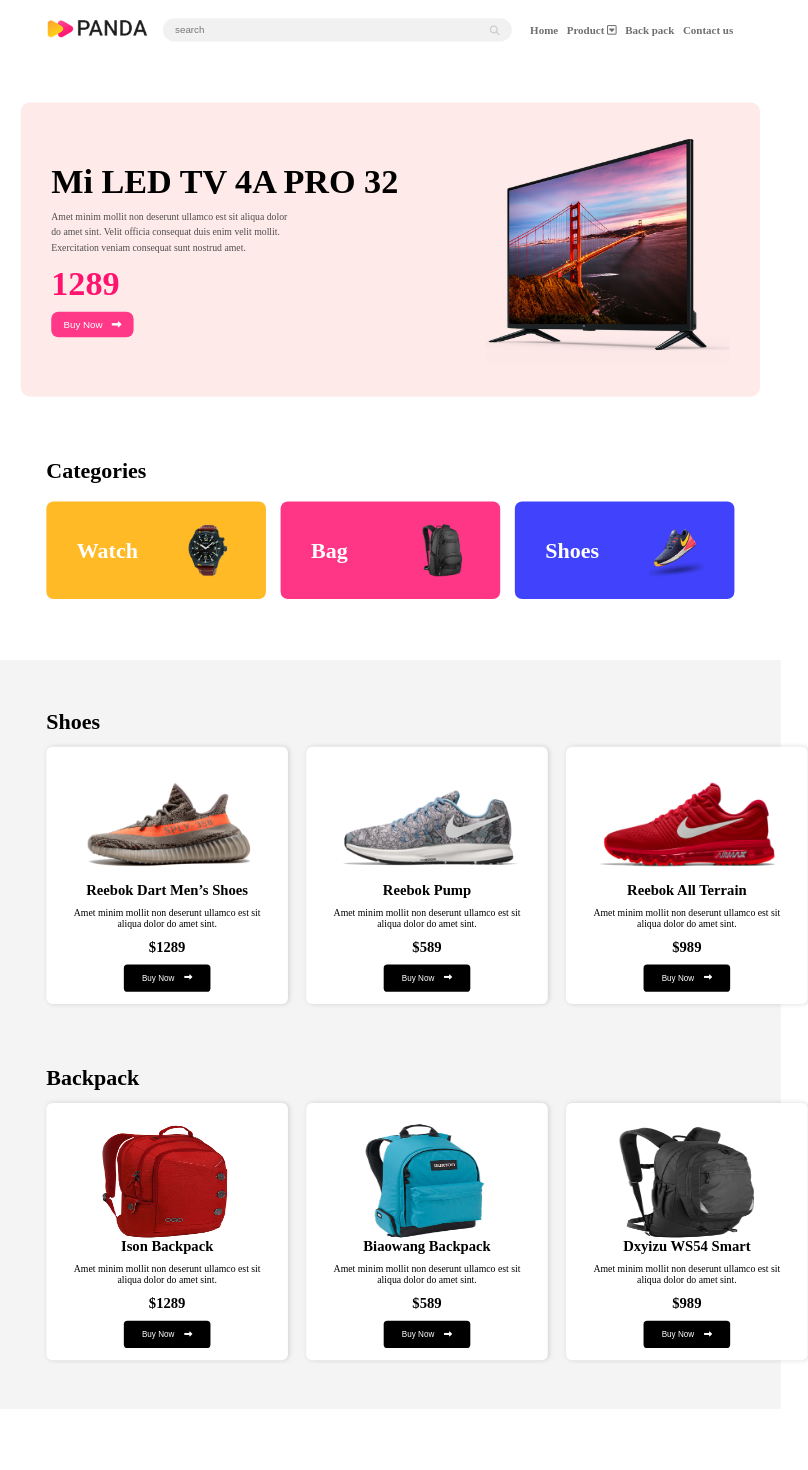
Repository: nahid-hasann/website-4
Page: index.html
An editor plug-in stored every save of this project. The page is shown before and after a run of saves, followed by the edit.
The browser window is 1280 px wide. The page is 1324 px wide, so the pictures cover 1324 px, including what lies to the right of the window. The pictures show the whole page, at 61% of full size.

Above is the page before, as saved 2025-07-13 23:28:10.

### index.html
<!DOCTYPE html>
<html lang="en">
<head>
    <meta charset="UTF-8">
    <meta name="viewport" content="width=device-width, initial-scale=10">
    <title>PanDa</title>
    <link rel="preconnect" href="https://fonts.googleapis.com">
<link rel="preconnect" href="https://fonts.gstatic.com" crossorigin>
<link href="https://fonts.googleapis.com/css2?family=Inter:ital,opsz,wght@0,14..32,100..900;1,14..32,100..900&family=Open+Sans:ital,wght@0,300..800;1,300..800&family=Poppins:ital,wght@0,100;0,200;0,300;0,400;0,500;0,600;0,700;0,800;0,900;1,100;1,200;1,300;1,400;1,500;1,600;1,700;1,800;1,900&family=Raleway:ital,wght@0,100..900;1,100..900&display=swap" rel="stylesheet">
    <link rel="stylesheet" href="style.css">
   <link rel="stylesheet" href="https://cdnjs.cloudflare.com/ajax/libs/font-awesome/6.7.2/css/all.min.css" integrity="sha512-Evv84Mr4kqVGRNSgIGL/F/aIDqQb7xQ2vcrdIwxfjThSH8CSR7PBEakCr51Ck+w+/U6swU2Im1vVX0SVk9ABhg==" crossorigin="anonymous" referrerpolicy="no-referrer" />
</head>
<body>

<header class="main-header">

<div class="header-img">
     <img src="assets/images/logo.png" alt="">
</div>

<div class="search-bar">
     <input type="text" name="" placeholder="search" id="">
     <i class="fa-solid fa-magnifying-glass"></i>
</div>

<nav class="navv">
    <div class="menu-bar">

<ul>
    <li>Home</li>
    <li>
        Product
        <i class="fa-regular fa-square-caret-down"></i>

        <ul>
            <li>Product 1</li>
            <li>Product 2</li>
            <li>Product 3</li>
            <li>Product 4</li>
            <li>Product 5</li>

        </ul>
    </li>
    <li>Back pack</li>
    <li>Contact us</li>
</ul>

</div>

</nav>


</header>


<main>

<section class="herosection-with-categroy">

 <div class="hero-section">

        <div class="hero-content">
            <h1>Mi LED TV 4A PRO 32</h1>
            <p>Amet minim mollit non deserunt ullamco est sit aliqua dolor <br> do amet sint. Velit officia consequat duis enim velit mollit. <br> Exercitation veniam consequat sunt nostrud amet.</p>
            <h1 class="songkha">1289</h1>
            <button class="btn">Buy Now<i class="fa-solid fa-right-long"></i></button>
        </div>

        <div class="hero-img">
            <img src="assets/images/banner-images/tv.png" alt="">
        </div>

    </div>


    <div class="hero-section-under">

        <h1>Categories</h1>

        <div class="hero-section-under-btn">

            <div class="category watch">
               <h1>Watch</h1>
               <img src="assets/images/categories/watch.png" alt="">
            </div>
            <div class="category bag">
               <h1>Bag</h1>
               <img src="assets/images/categories/bag.png" alt="">
            </div>
            <div class="category shoes">
               <h1>Shoes</h1>
               <img src="assets/images/categories/shoes.png" alt="">
            </div>


        </div>

    </div>

</section>



<section class="shobag-collection">
    <div class="shoes-collection">
        <h1>Shoes</h1>
       <div class="main-collection">
         <div class="shoes-collection1">
            <img src="assets/images/shoes/shoe-1.png" alt="">
            <h4>Reebok Dart Men’s Shoes</h4>
            <p>Amet minim mollit non deserunt ullamco est sit aliqua dolor do amet sint. </p>
            <h1>$1289</h1>
            <button class="btn1">Buy Now <i class="fa-solid fa-right-long"></i> </button>
        </div>
        <div class="shoes-collection1">
            <img src="assets/images/shoes/shoe-2.png" alt="">
            <h4>Reebok Pump</h4>
            <p>Amet minim mollit non deserunt ullamco est sit aliqua dolor do amet sint. </p>
            <h1>$589</h1>
            <button class="btn1">Buy Now <i class="fa-solid fa-right-long"></i> </button>
        </div>
        <div class="shoes-collection1">
            <img src="assets/images/shoes/shoe-3.png" alt="">
            <h4>Reebok All Terrain</h4>
            <p>Amet minim mollit non deserunt ullamco est sit aliqua dolor do amet sint. </p>
            <h1>$989</h1>
            <button class="btn1">Buy Now <i class="fa-solid fa-right-long"></i> </button>
        </div>
       </div>

       <div style="margin-top: 100px;" class="shoes-collection">
        <h1>Backpack</h1>
       <div class="main-collection">
         <div class="shoes-collection1 bag2">
            <img src="assets/images/bags/bag-1.png" alt="">
            <h4>Ison Backpack</h4>
            <p>Amet minim mollit non deserunt ullamco est sit aliqua dolor do amet sint. </p>
            <h1>$1289</h1>
            <button class="btn1">Buy Now <i class="fa-solid fa-right-long"></i> </button>
        </div>
        <div class="shoes-collection1 bag2">
            <img src="assets/images/bags/bag-2.png" alt="">
            <h4>Biaowang Backpack</h4>
            <p>Amet minim mollit non deserunt ullamco est sit aliqua dolor do amet sint. </p>
            <h1>$589</h1>
            <button class="btn1">Buy Now <i class="fa-solid fa-right-long"></i> </button>
        </div>
        <div class="shoes-collection1 bag2">
            <img src="assets/images/bags/bag-3.png" alt="">
            <h4>Dxyizu WS54 Smart</h4>
            <p>Amet minim mollit non deserunt ullamco est sit aliqua dolor do amet sint. </p>
            <h1>$989</h1>
            <button class="btn1">Buy Now <i class="fa-solid fa-right-long"></i> </button>
        </div>
       </div>
    </div>
</section>


</main>




</body>
</html>

### style.css
*{
    margin: 0;
    padding: 0;
    box-sizing: border-box;
}

.main-header{
    display: flex;
    width: 1124px;
    margin: 30px auto;
    align-items: center;
    justify-content: space-between;
    gap: 30px;

}

.header-img{
    width: 159px;
}

.search-bar {
    background-color: #f1f1f1;
    border-radius: 30px;
    width: 300px;
    display: flex;
    flex: 1;
    padding: 10px 20px;
    display: flex;
    align-items: center;
}

.search-bar input{
    border: none;
    font-size: 16px;
    /* rgba(204, 204, 204, 1) */
    color: rgba(204, 204, 204, 1);
    flex: 1;
    background-color: transparent;
    outline: none;

}


.search-bar i{
    font-size: 16px;
    color: rgba(204, 204, 204, 1);
}

.navv{
    display: flex;
}

.menu-bar ul{
    display: flex;
    gap: 14px;
}

.menu-bar ul li{
    list-style: none;
    font-size: 18px;
    position: relative;
    cursor: pointer;
    color: #707070;
    font-weight: 700;
}

.menu-bar ul li ul{
    position: absolute;
    top: 100%;
    left: 0;
    z-index: 10;
    display: none;
    min-width: 120px;
    padding: 20px 0px;
    box-shadow: 0 2px 10px rgba(0,0,0,0.1);
}

.menu-bar ul li ul li{
    /* margin: auto auto 10px auto; */
    margin-bottom: 10px;
    /* margin: auto; */
    padding: 0  15px 0 28px;
    cursor: pointer;
    font-weight: 700;
    font-size: 18px;
}

.menu-bar ul li:hover ul{
    display: block;
}

.herosection-with-categroy{

}

.hero-section{
    display: flex;
    justify-content: space-between;
    width: 1212px;
    margin:100px auto;
    gap: 60px;
    background-color: rgba(254, 234, 233, 1);
    border-radius: 15px;
    padding: 50px;
    align-items: center;
}



.hero-content h1{
     font-size: 56px;
     font-weight: 700;
}

.hero-section p{
    font-size: 16px;
    color: rgba(78, 78, 78, 1);
    margin: 14px 0;
    line-height: 25px;
}

.songkha{
    font-size: 40px;
    color: rgba(255, 19, 111, 1);
    margin-bottom: 15px;
}

.btn{
    color: white;
    font-size: 16px;
    background: #ff3887;
    padding: 12px 20px;
    border-radius: 12px;
    border: none;
    gap: 15px;
    display: flex;
}

.hero-img img{
    width: 400px;
    height: 378px;
}

.hero-section-under{
    width: 1128px;
    margin: auto;
}

.hero-section-under h1{
    font-size: 36px;
}

.hero-section-under-btn{
    display: flex;
    justify-content: space-between;
    align-items: center;
    margin-top: 30px;
}

.category{
    width: 360px;
    height: 160px;
    display: flex;
    justify-content: space-between;
    align-items: center;
    padding: 0 50px;
    border-radius: 12px;
}

.category h1{
    color: white;
}

.category img{
    width: 90px;
    height: 90px;
}

.watch{
    background: #ffba26;
}

.bag{
    background: #ff3585;
}

.shoes{
    background: #4043fb;
}

.shobag-collection{
    background-color: #f4f4f4;
    margin: 100px 0;
    padding: 80px 0;
}

.main-collection{
    display: flex;
    justify-content: space-between;
    align-items: center;
    gap: 30px;
}

.shoes-collection{
    width: 1128px;
    margin: auto;
}

.shoes-collection h1{
    font-size: 36px;
    margin-bottom: 20px;
}

.shoes-collection1{
 box-shadow: 2px 0px 8px 0px rgb(0 0 0 / 15%);
 background-color: white;
padding: 20px 30px;
border-radius: 10px;
text-align: center;
display: flex;
flex-direction: column;
align-items: center;
}

.shoes-collection1 h4{
    font-size: 24px;
    /* text-align: center; */
}

.shoes-collection1 img{
    width: 336px;
    height: 202px;
}

.shoes-collection1 p{
    font-size: 16px;
    /* text-align: center; */
    margin: 15px 0;
}

.shoes-collection1 h1{
    font-size: 24px;
    /* text-align: center; */
    margin-bottom: 15px;
}

.btn1 {
    display: flex;
    gap: 16px;
    padding: 15px 30px;
    background-color: black;
    color: white;
    border: none;
    border-radius: 6px;
}

.bag2 {
    height: ;
}

After the next 3 saves:
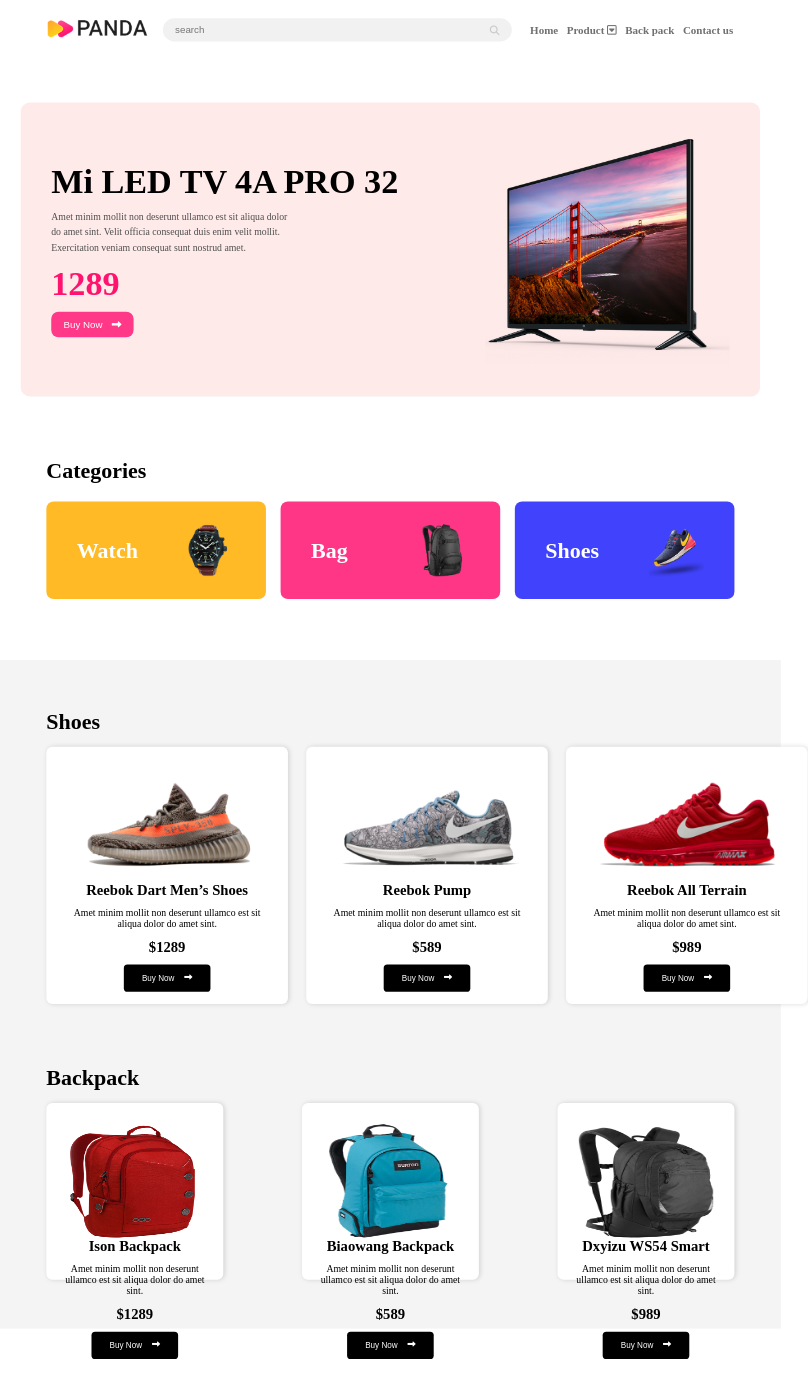
The 3 saves are shown as one change because they came seconds apart.
The last was saved 10 s later.
--- a/style.css
+++ b/style.css
@@ -255,5 +255,6 @@
 }
 
 .bag2 {
-    height: ;
-}
+    height: 290px;
+    width: 290px;
+}
